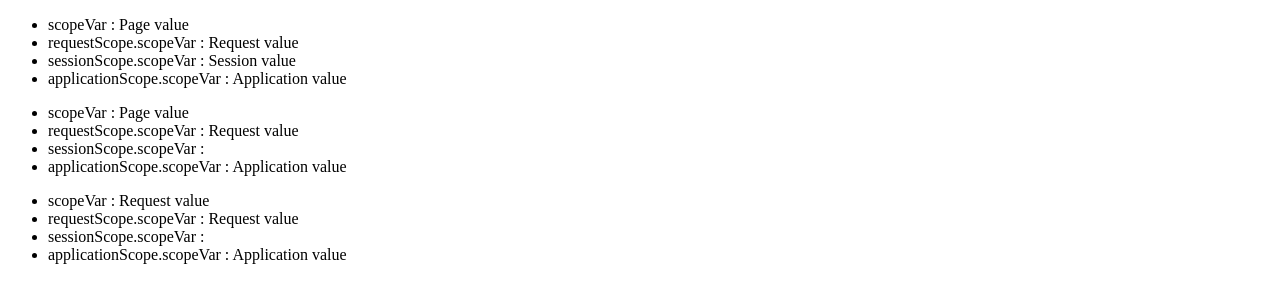
Repository: parkho96/testnum2
Page: http://localhost/jspstudy/11JSTL/CoreRemove.jsp
These files come from the project's save history. The page is drawn as it stood at one moment and after the next save; the edit follows.
The browser window is 1280 px wide. The pictures show the whole page.
The page is served by Tomcat 9.

Above is the page before, as saved 2023-04-10 01:58:17.

After the next save:
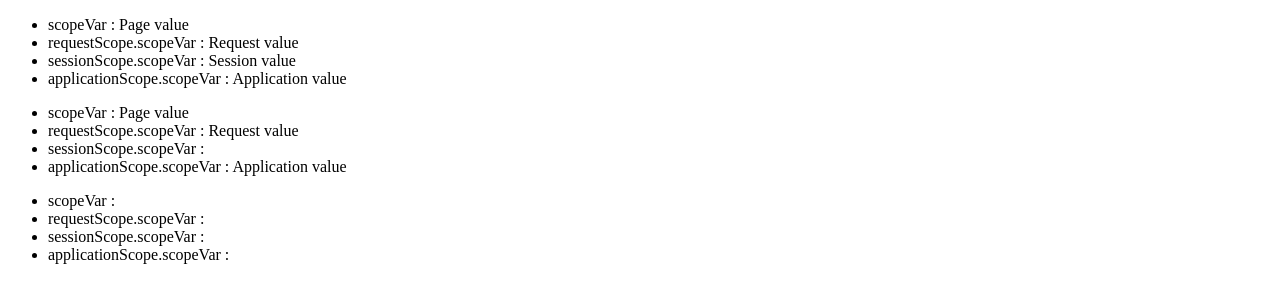
Saved 17 s later.
--- a/workjsp/jspstudy/src/main/webapp/11JSTL/CoreRemove.jsp
+++ b/workjsp/jspstudy/src/main/webapp/11JSTL/CoreRemove.jsp
@@ -31,7 +31,7 @@
 	</ul>
 
 
-	<c:remove var="scopeVar" scope="page"/>
+	<c:remove var="scopeVar"/>
 	<ul>
 		<li>scopeVar : ${scopeVar}</li>
 		<li>requestScope.scopeVar : ${requestScope.scopeVar}</li>
